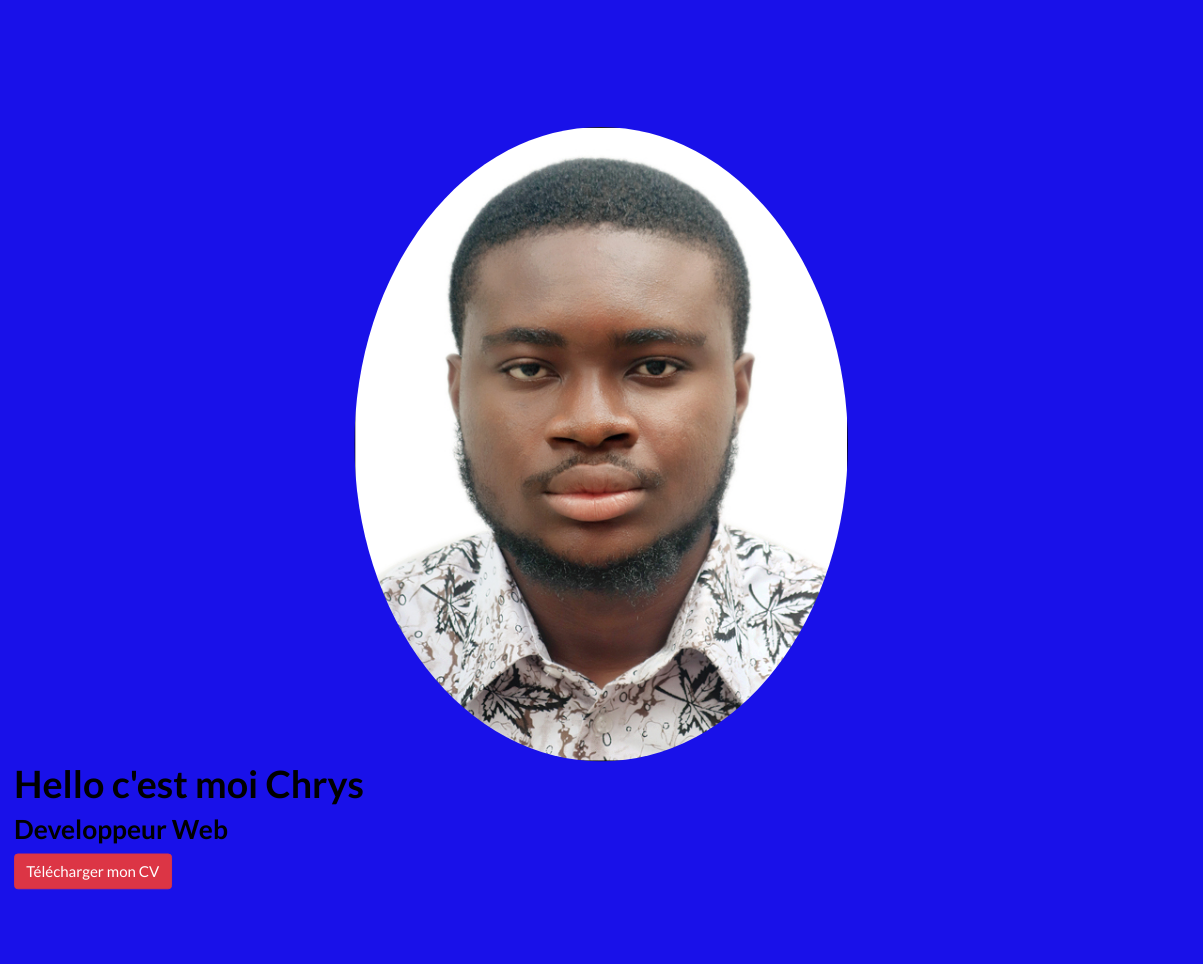
Repository: CHRYSOVR/CV_en_ligne_Interactif
Page: index.html
An editor plug-in stored every save of this project. The page is shown before and after the next save, followed by the edit.
The browser window is 1280 px wide. The pictures show the whole page, at 94% of full size.

Above is the page before, as saved 2025-07-07 15:56:03.
Console error: TypeError: Cannot read properties of undefined (reading 'fn')

After the next save:
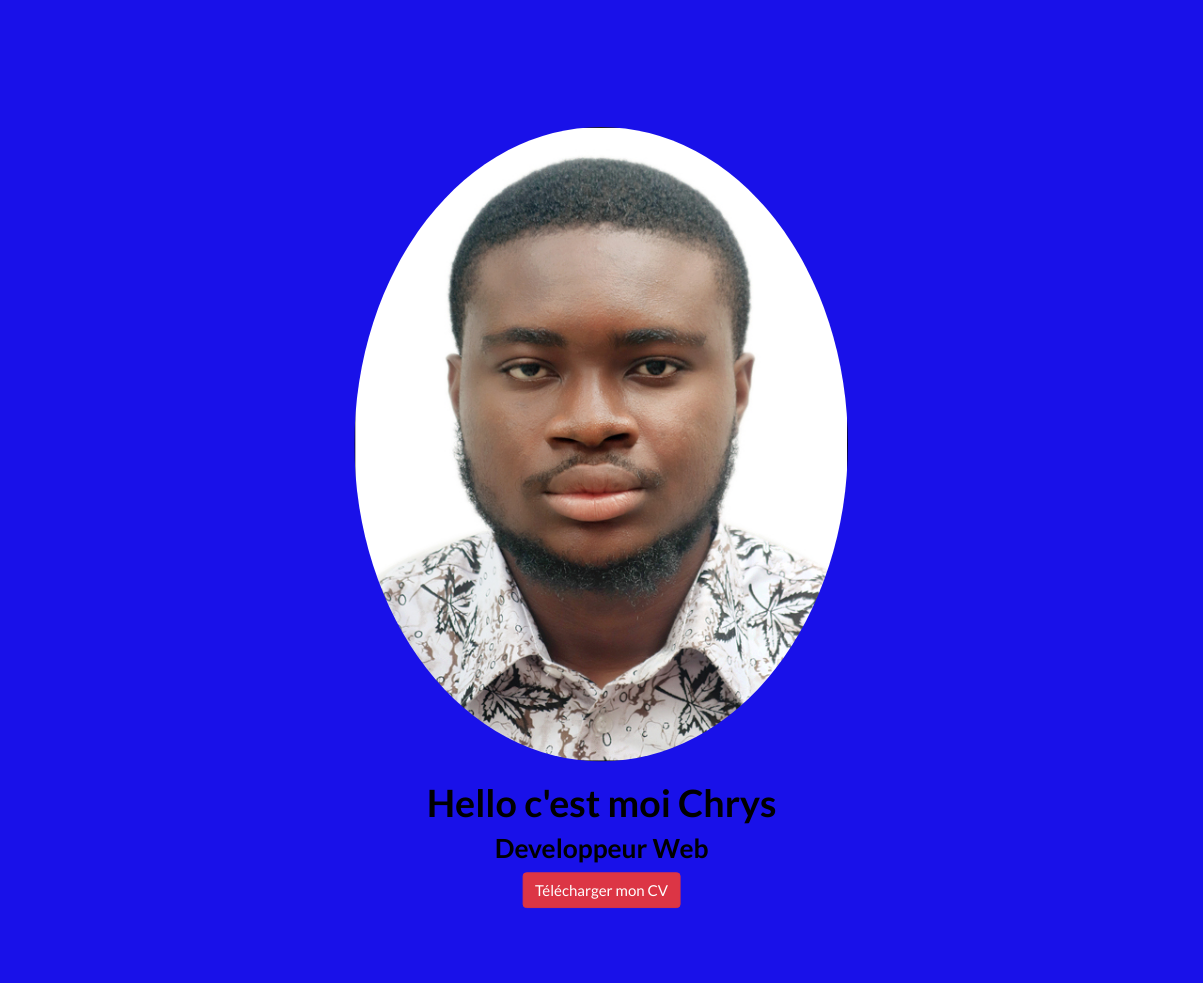
Saved 22 s later.
--- a/css/style.css
+++ b/css/style.css
@@ -23,8 +23,7 @@ section{
 padding: 65px 0 80px 0;
 
 }
-
-. heading{
+ .heading{
     text-align: center;
     color: white;
     margin-top: 20px;
